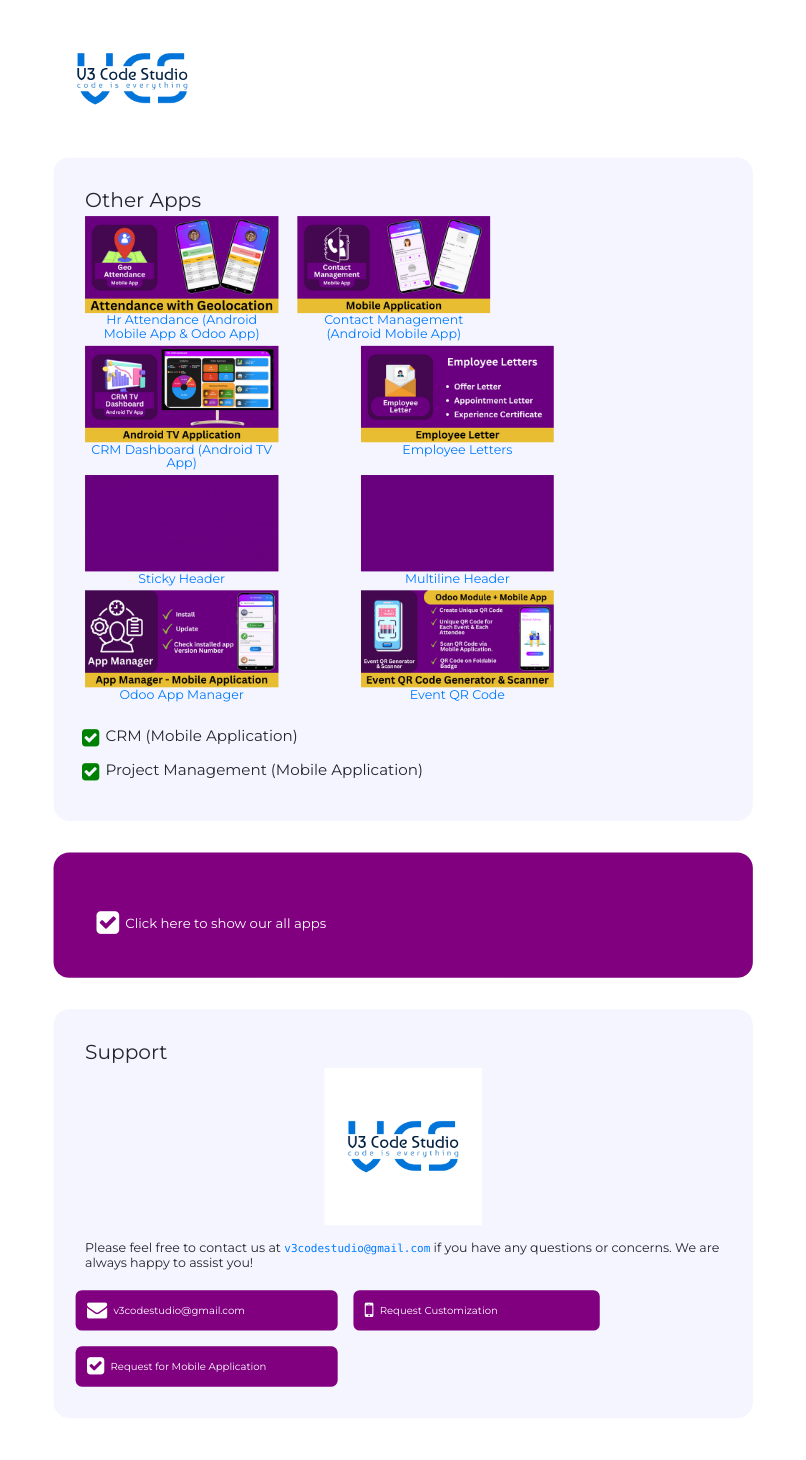
Repository: VivekVithlani/odoo_apps_list
Page: index.html
The author's editor kept a copy of each file at every save. The page is drawn from the files as they stood at one save, then again after the next save.
The browser window is 1280 px wide. The pictures show the whole page, at 63% of full size.

Above is the page before, as saved 2023-12-14 15:21:18.

After the next save:
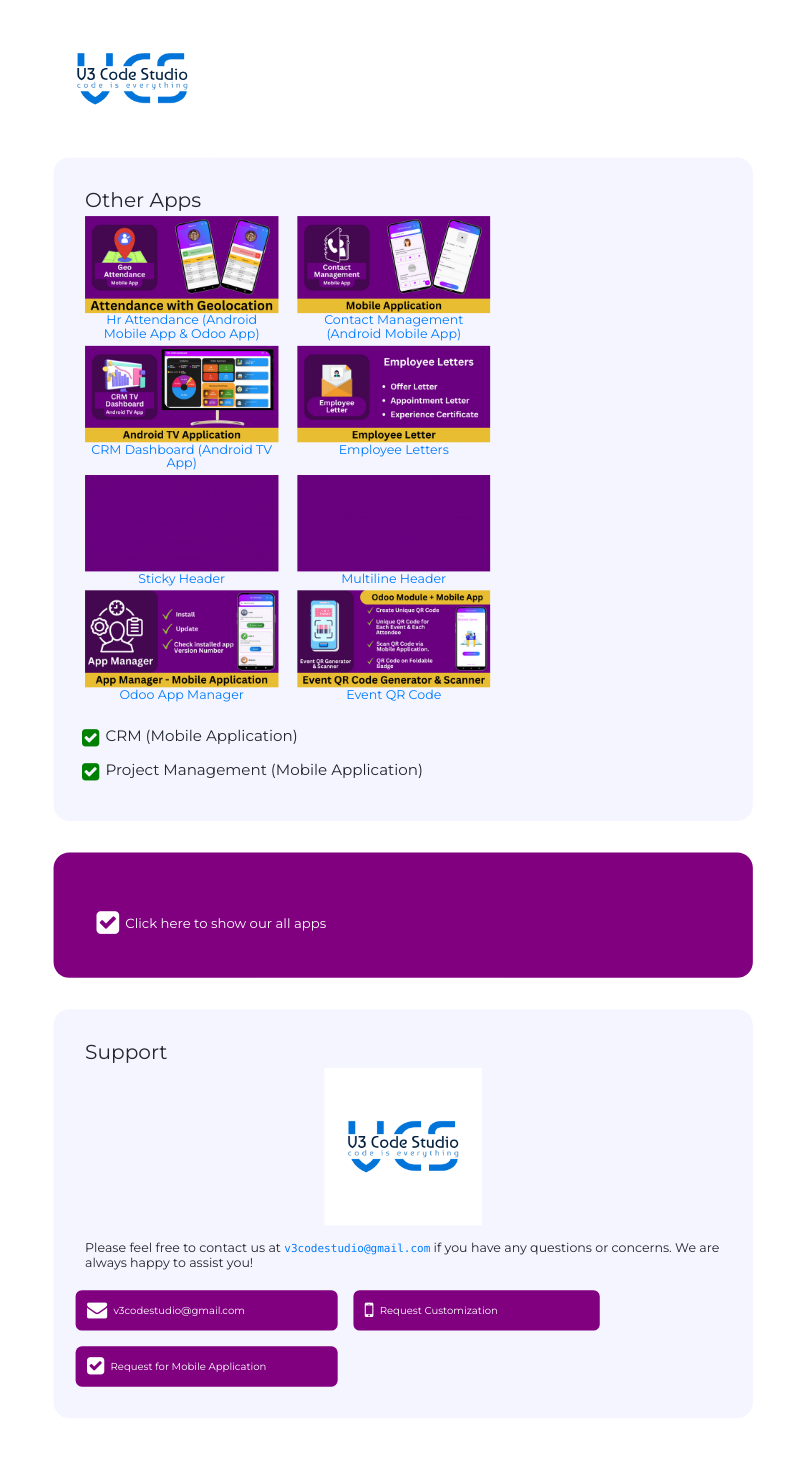
Saved 47 s later.
--- a/index.html
+++ b/index.html
@@ -165,7 +165,7 @@
               </h5>
             </div>
           </div>
-          <div style="width: 10%"></div>
+          <!-- <div style="width: 10%"></div> -->
           <div class="col-lg-4 pt16 pb16">
             <div>
               <img
@@ -209,7 +209,7 @@
               </h5>
             </div>
           </div>
-          <div style="width: 10%"></div>
+          <!-- <div style="width: 10%"></div> -->
 
           <div class="col-lg-4 pt16 pb16">
             <div>
@@ -256,7 +256,7 @@
               </h5>
             </div>
           </div>
-          <div style="width: 10%"></div>
+          <!-- <div style="width: 10%"></div> -->
 
           <!-- Event QR Code Start -->
           <div class="col-lg-4 pt16 pb16">
